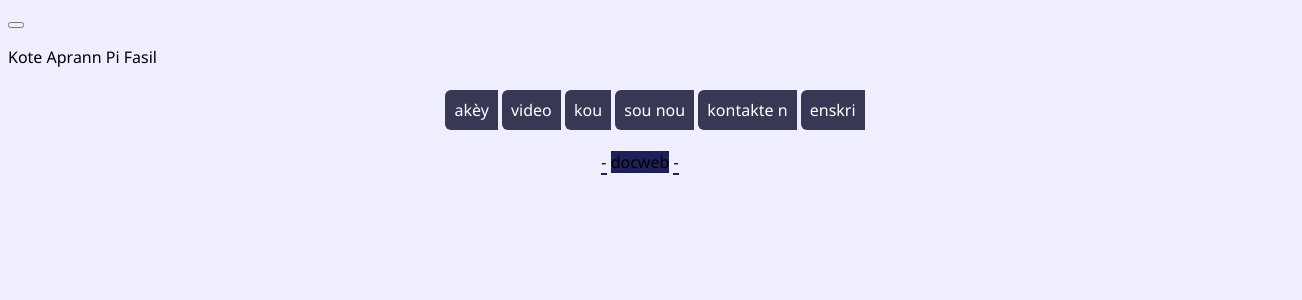
Repository: duperweb/docweb
Page: index.html
These files come from the project's save history. The page is drawn as it stood at one moment and after a run of saves; the edit follows.
The browser window is 1280 px wide. The page is 1302 px wide, so the pictures cover 1302 px, including what lies to the right of the window. The pictures show the whole page.

Above is the page before, as saved 2021-03-16 15:22:10.

### index.html
<!DOCTYPE html>
<html lang="en">
<head>
    <meta charset="UTF-8">
    <meta http-equiv="X-UA-Compatible" content="IE=edge">
    <meta name="viewport" content="width=device-width, initial-scale=1.0">
    <title>DocWeb: Dokiman Pou Aprann Devlope Web</title>
    <link rel="stylesheet"href="https://fonts.googleapis.com/css?family=Tangerine">
    <link rel="stylesheet" href="assets/css/home.css">
</head>
<body>
    <!--HEADER SECTION WITH ITS CHILD-->
    <header id="header-pages">

        <nav class="top-message">
            <!--the button menu for mobile devices-->
            <button id="button-top-menu"  title="KLIKE POU WE SA K GEN NAN MENU">
                    <span></span>
                    <span></span>
                    <span></span>
            </button>
            <p>Kote Aprann Pi Fasil </p>
        </nav>

        <!--the top menu horizontal-->
        <nav id="nav-horizontal-menu" class="">
            <a href="index.html">akèy</a>
            <a href="video.html">video</a>
            <a href="kou.html">kou</a>
            <a href="about.html">sou nou</a>
            <a href="mailto:duperweb@gmail.com">kontakte n</a>
            <a href="sign.html" id="signin">enskri</a>
        </nav> <!-- end of the top menu horizontal-->
        <div class="docweb">
            <span class="header-line">-</span>
             <span class="docweb-text-logo">docweb</span>
            <span class="header-line">-</span>
        </div>

    </header><!--end of the HEADER SECTION-->

<!--this the top line section-->
</body>
</html>

### assets/css/home.css
/**************************************
IMPORTING OTHER FILE TO LOAD FIRST
*************************************/


/********************************
    RESET DEFAULT BEHAVIOR
********************************/
a {
    text-decoration: none;
}

body {
    background-color: #eef;
    font-family: 'Segoe UI', Tahoma, Geneva, Verdana, sans-serif
}

/*===================== HEADER PAGES SECTION===========================*/
.header-pages {
    /*with  % make container relative to size and can be centralized*/
    margin: 0 auto;
    width: 100%;
}

#nav-horizontal-menu {
    width: 100%;
    margin: 15px auto;
    padding: 15px;
    border-radius: 0 0 6px 6px;
    text-align: center;
}
#nav-horizontal-menu a {
    color: white;
    background-color: #383855;
    padding: 9px;
    border-radius: 6px 0 0 6px;

}
.docweb {
    margin: 0 auto;
    text-align: center;
}

.container-topline {
    margin-top: 10px;
    display: flex;
    justify-content: center;
    width: 80%;
    margin: 13px auto;
}

.header-line {
    font-size: 16px;
    flex: 2;
    width: 2000px;
    border-bottom: 2px #1f1f5a double;
}

.top-text {
    flex: 1;
    color: whitesmoke;
    border-radius: 100px;

    font-size: 14pt;
    padding: 10px;
    box-shadow: 5px 5px #383855;
}
.docweb-text-logo {
    background: #1f1f5a;
}
/*===================== END OF HEADER  TOP SECTION====================*/

After the next 3 saves:
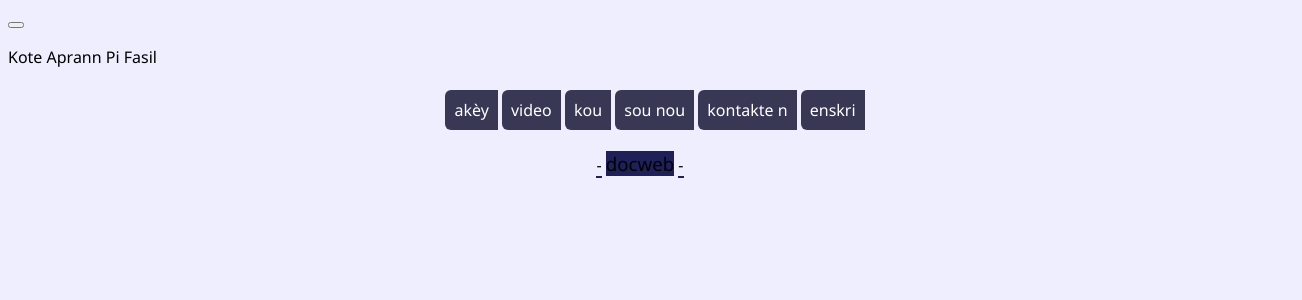
The 3 saves are shown as one change because they came seconds apart.
The last was saved 15 s later.
--- a/assets/css/home.css
+++ b/assets/css/home.css
@@ -61,11 +61,12 @@ body {
     color: whitesmoke;
     border-radius: 100px;
 
-    font-size: 14pt;
+
     padding: 10px;
     box-shadow: 5px 5px #383855;
 }
 .docweb-text-logo {
     background: #1f1f5a;
+    font-size: 14pt;
 }
 /*===================== END OF HEADER  TOP SECTION====================*/
